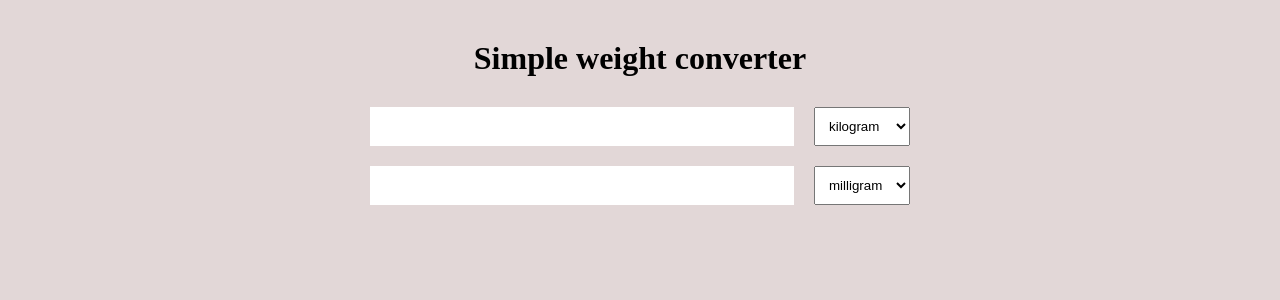
Repository: Eugene44-hub/weight-converter
Page: index.html
An editor plug-in stored every save of this project. The page is shown before and after the next save, followed by the edit.
The browser window is 1280 px wide. The pictures show the whole page.

Above is the page before, as saved 2021-09-20 05:16:37.

After the next save:
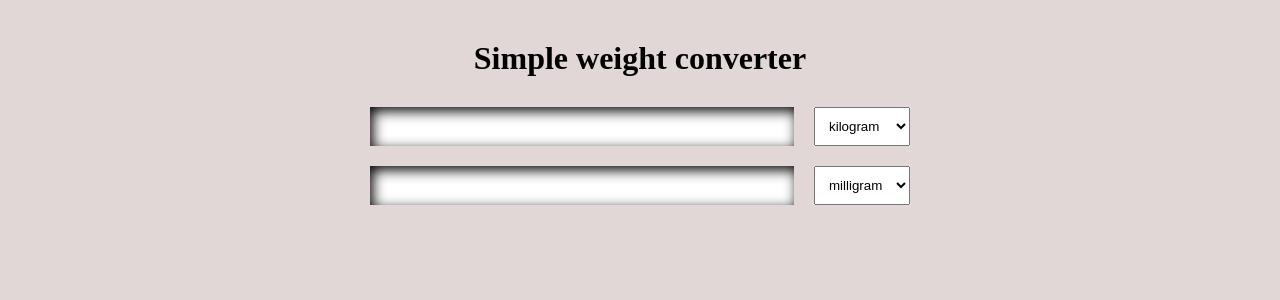
Saved 13 s later.
--- a/style.css
+++ b/style.css
@@ -13,7 +13,7 @@ input {
     flex: 50%;
     outline: none;
     border: none;
-    box-shadow: inset 3px;
+    box-shadow: inset 3px 4px 13px black;
 }
 
 h1 {
